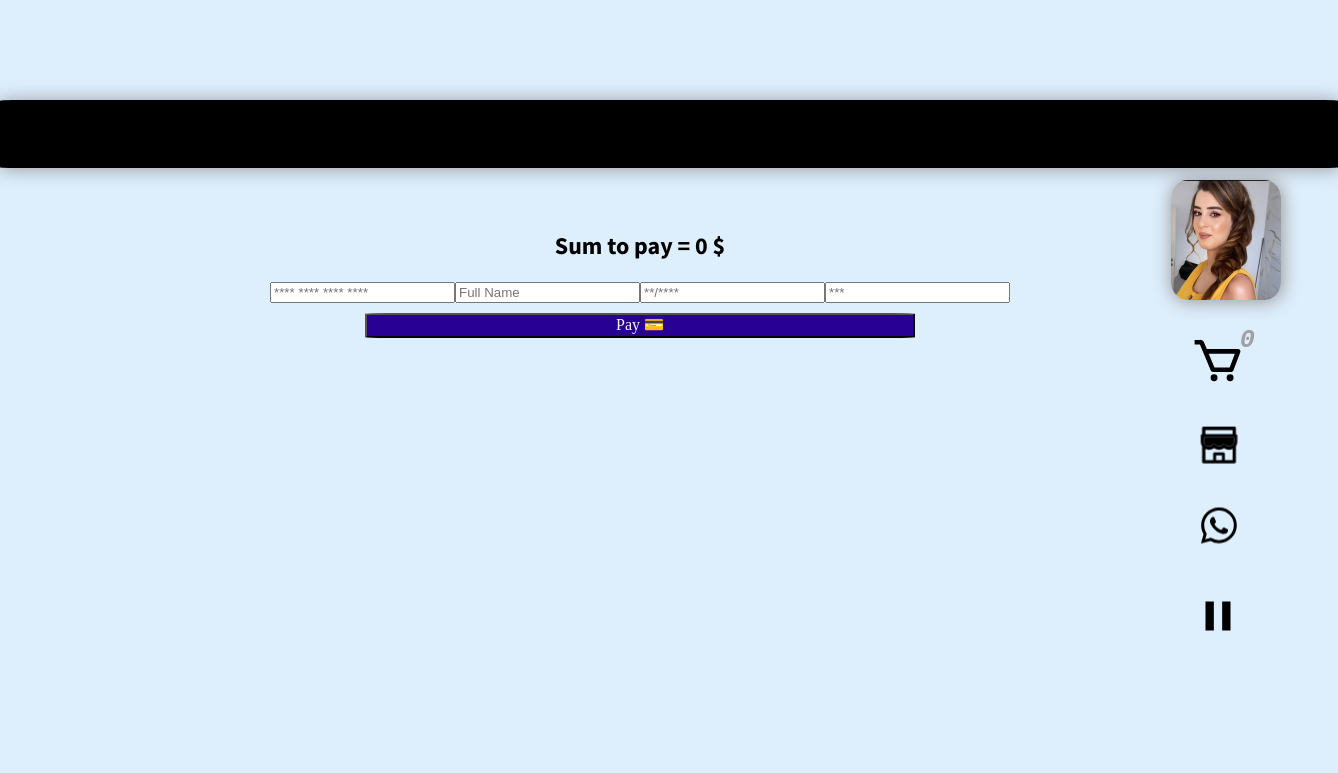
Repository: rehamAbass/BeautyCareShop
Page: /, after clicking the first element matching `svg.cartIcon`
These files come from the project's save history. The page is drawn as it stood at one moment and after the next save; the edit follows.
The browser window is 1280 px wide. The page is 1338 px wide, so the pictures cover 1338 px, including what lies to the right of the window. The pictures show the whole page.
The page's requests for data from a server got no answer. Some web fonts or font styles are not loaded; a fallback is used. The project was rebuilt for these pictures with package versions that can differ from the ones it lists, and the page was loaded fresh each time. No one was signed in, and anything a server would have sent is missing. Also part of the build but not shown: src/components/allProducts/card-list.css, src/components/allProducts/prod/card.css, src/components/allProducts/prod/card.component.jsx, src/components/search-box/search-box.css, src/components/myCart/cartProduct/cartProduct.css, src/components/myCart/cartProduct/cartProduct.jsx. Imported but missing from the stored project, and not drawn on this page: src/components/header/music/ed.mp3.

Above is the page before, as saved 2022-06-08 17:14:19.

After the next save:
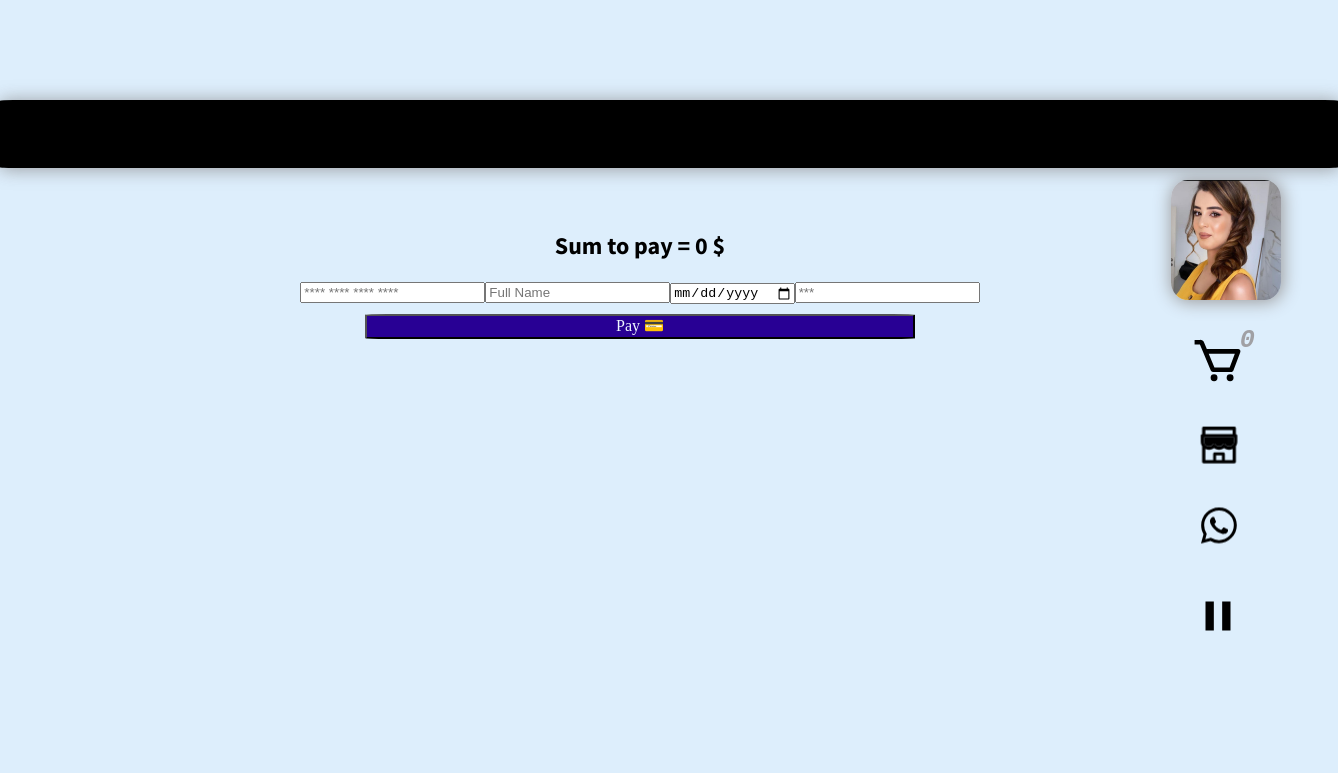
Saved 33 s later.
--- a/src/components/myCart/Payment/Pay.jsx
+++ b/src/components/myCart/Payment/Pay.jsx
@@ -15,7 +15,7 @@ return (
       <form id="cc-form">
     <input type="password" name="number" placeholder='**** **** **** ****'/>
     <input type="text" name="name" placeholder='Full Name'/>
-    <input type="text" name="expiry" placeholder='**/****'/>
+    <input type="date" name="expiry" placeholder='**/****'/>
     <input type="text" name="cvc" placeholder='***'/>
 </form>
     </div>
